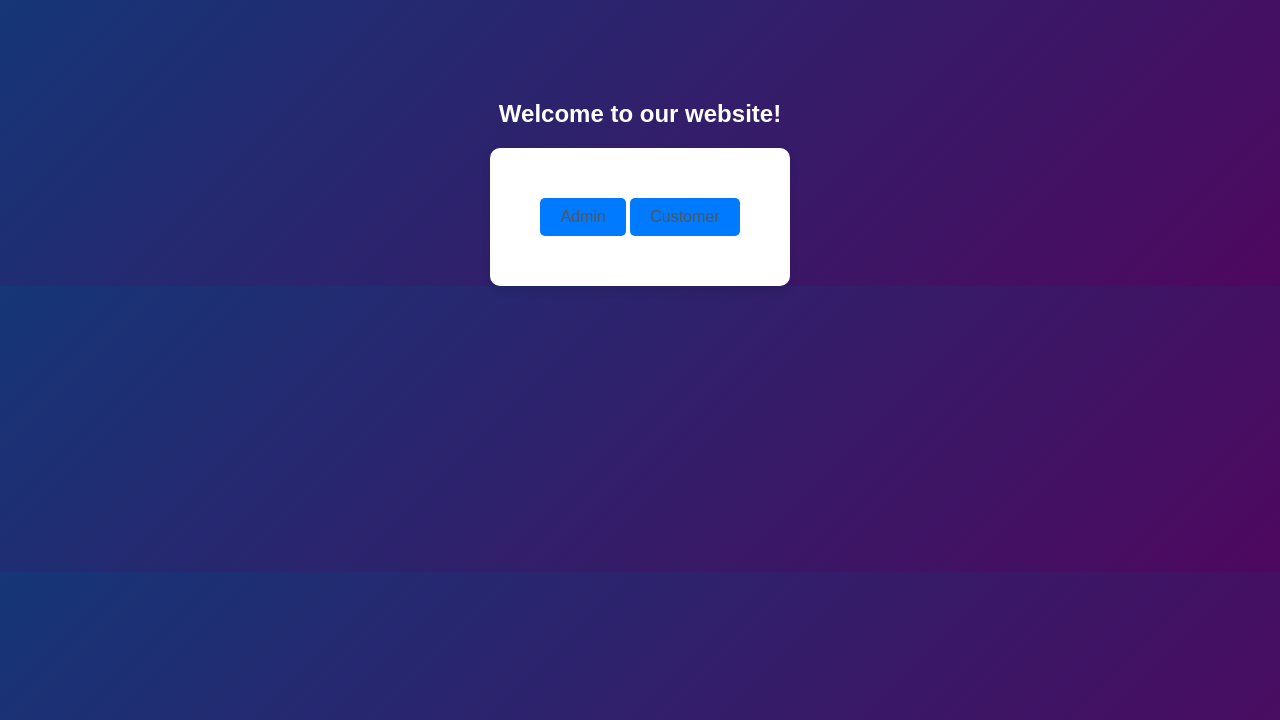
Repository: gauravraj08/bankingSystemJspServlet
Page: http://localhost/BankMangementSystem/
These files come from the project's save history. The page is drawn as it stood at one moment and after the next save; the edit follows.
The browser window is 1280 px wide. The pictures show the whole page.
The page is served by Tomcat 9.

Above is the page before, as saved 2024-04-20 20:54:35.

After the next save:
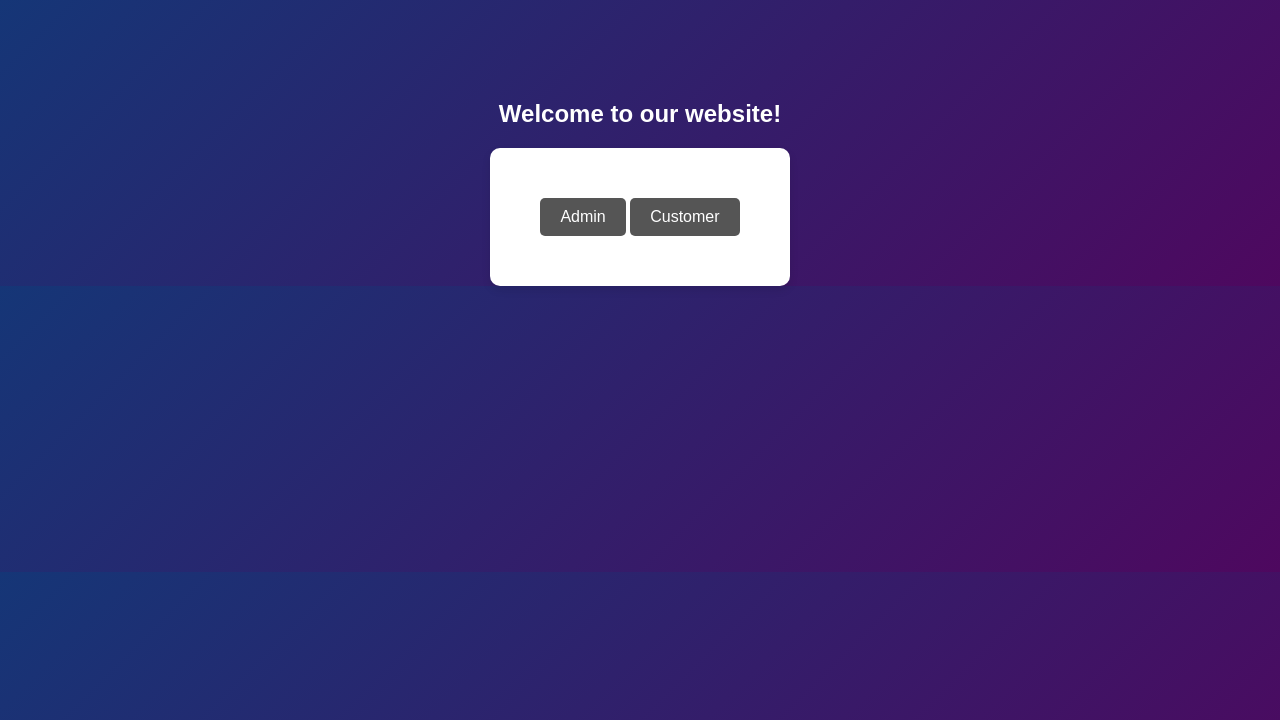
Saved 16 s later.
--- a/BankMangementSystem/src/main/webapp/index.jsp
+++ b/BankMangementSystem/src/main/webapp/index.jsp
@@ -43,8 +43,8 @@ button {
     cursor: pointer;
     border: none;
     border-radius: 5px;
-    background-color: #007bff;
-    color: #555;
+    background-color: #555;
+    color: #fff;
     transition: background-color 0.3s;
     justify-content:space-between;
 }
